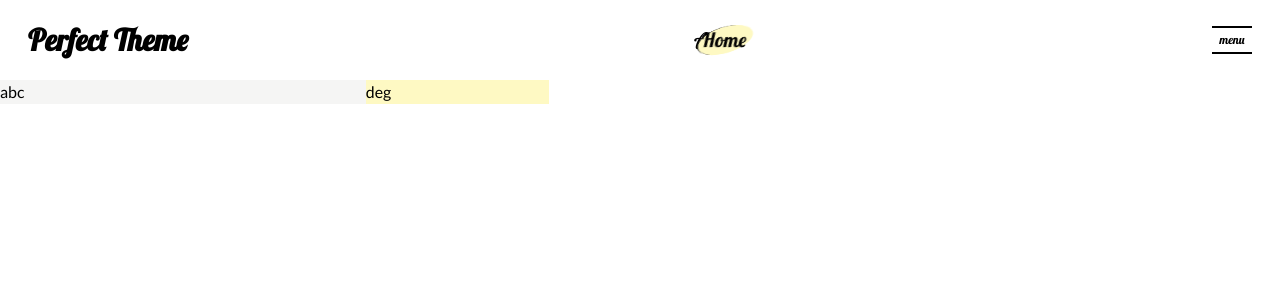
Repository: hsumyatm7308/laravel-blog
Page: blogweb/resources/views/blog/headerlayout.html
An editor plug-in stored every save of this project. The page is shown before and after a run of saves, followed by the edit.
The browser window is 1280 px wide. The pictures show the whole page.
Some web libraries are served in a nearby version.

Above is the page before, as saved 2023-09-06 14:29:06.

### blogweb/resources/views/blog/headerlayout.html
<!DOCTYPE html>
<html>

<head>
    <title>@yield('title')</title>
    <script src="https://cdn.tailwindcss.com"></script>
    <link rel="stylesheet" href="https://cdnjs.cloudflare.com/ajax/libs/font-awesome/6.4.2/css/all.min.css">

</head>
<style>
    /* for nav  */
    @import url('https://fonts.googleapis.com/css2?family=Lobster&display=swap');
    /* for body  */
    @import url('https://fonts.googleapis.com/css2?family=Lato&display=swap');


    body {
        font-family: 'Lato', sans-serif;
    }

    nav {
        font-family: 'Lobster', cursive;
    }


    .container {
        width: 80%;
        height: auto;
        /* background-color: antiquewhite; */

        display: flex;
        justify-content: center;
        align-items: center;

        position: relative;


    }

    .navlabel {
        position: relative;
        /* background-color: aqua; */
    }

    .lictn {
        position: relative;
    }

    .skewtextctn,
    .skewtextctn2 {
        width: 50px;
        height: 30px;
        border-radius: 100%;
        border-left: 1px solid black;

        position: fixed;
        top: 25px;




        transform: skew(-40deg);

    }

    .skewtextctn {
        left: 700px;
    }

    .skewtextctn2 {
        left: 800px;
    }



    .article {
        position: fixed;
        left: 1px;

        top: 1px;
        transform: skew(40deg);

    }

    .skewtextctn:hover,
    .skewtextctn2:hover {
        transition: all .5s;
        background-color: rgb(51 65 85);
    }

    .skewtextctn:hover .article,
    .skewtextctn2:hover .article {
        color: #000;
    }


    /* Define the transition effect */
    #menu-modal {
        display: none;
        transition: opacity .5s ease-in-out;

    }
</style>

<body class="bg-[#ffff]">
    <!-- nav  -->
    <nav class="w-[100vw] flex justify-center items-center">
        <h1 class="text-3xl font-semibold">Perfect Theme</h1>

        <div class="w-[80%] h-20 flex justify-center items-center container">
            <div class="flex justify-between items-center list-none navlabel">
                <li class="p-5 mr-4 lictn">
                    <div class="bg-yellow-100 skewtextctn">
                        <a href="" class="text-xl text-black article">Home</a>
                    </div>
                </li>

                <li class="p-5 mr-4">
                    <div class=" active">
                        <a href="" class="text-xl text-black ">Article</a>
                    </div>
                </li>
            </div>


        </div>

        <div class=" menu cursor-pointer">
            <span class="text-xs flex justify-center items-center flex-col">
                <div class="w-10 h-[2px] bg-black"></div>
                <span class="p-1 hover:self-end hover:text-yellow-500"> menu</span>
                <div class="w-10 h-[2px] bg-black font-semibold"></div>
            </span>
        </div>
    </nav>



    <!-- banner  -->
    <section>
        <div class="w-screen grid grid-cols-7">
            <div class="col-span-2 bg-stone-100">
                abc

            </div>
            <div class="bg-yellow-100">
                deg
            </div>

        </div>
    </section>




    <div id="menu-modal"
        class="menu-modal w-[100%]  h-screen bg-[linear-gradient(rgba(233,233,233,.5),rgba(233,233,233,.5))] absolute left-0 top-0 flex justify-center items-center">
        <div id="blankspace" class="w-[100%] h-[100vh] p-0 ">

        </div>
        <div class="max-w-[500px] h-[100vh] bg-white absolute right-0 top-0  border border-slate-100">

            <div class="w-full h-40 flex justify-center items-center">
                <form action="" method="post" class="relative">
                    <i class="fa-solid fa-magnifying-glass text-stone-500 text-lg absolute left-3 top-[12px]"></i>
                    <input type="search"
                        class=" border-2 px-32 py-3 pl-10 bg-stone-100 font-thin focus:outline-none	focus:border focus:border-emerald-600 focus:ring-1 focus:ring-emerald-400"
                        placeholder="Search...">
                </form>
            </div>
            <hr>


            <div class="mt-4">
                <div class="px-14 py-4 group hover:text-emerald-600">
                    <li class="list-none pb-5 cursor-pointer">
                        <a href="" class="uppercase text-sm font-semibold group-hover:text-emerald-600">Lorem ipsum</a>
                        <p class="text-stone-400 mt-2 group-hover:text-emerald-600">dolor sit amet consectetur elit.</p>
                    </li>
                    <hr>
                </div>


                <div class="px-14 py-4 group hover:text-emerald-600">
                    <li class="list-none pb-5 cursor-pointer">
                        <a href="" class="uppercase text-sm font-semibold group-hover:text-emerald-600">dolor sit</a>
                        <p class="text-stone-400 mt-2 group-hover:text-emerald-600"> amet consectetur dolor sit
                            adipisicing elit.</p>

                    </li>
                    <hr>
                </div>


                <div class="px-14 py-4 group hover:text-emerald-600">
                    <li class="list-none pb-5 cursor-pointer">
                        <a href="" class="uppercase text-sm font-semibold  group-hover:text-emerald-600">dolor sit</a>
                        <p class="text-stone-400 mt-2 group-hover:text-emerald-600"> amet consectetur dolor adipisicing.
                        </p>

                    </li>
                    <hr>
                </div>

                <div class="px-14 py-4 group hover:text-emerald-600">
                    <li class="list-none  pb-3 hover:text-emerald-400 cursor-pointer">
                        <a href="" class="uppercase text-sm font-semibold group-hover:text-emerald-600">amet consectetur
                        </a>
                        <p class="text-stone-400 mt-2 group-hover:text-emerald-600"> consectetur sit adipisicing elit.
                        </p>

                    </li>

                </div>
                <hr class="mb-10">

                <div class=" px-14">
                    <div
                        class="px-4 py-4 border-2 flex justify-center items-center mt-5 hover:border-emerald-600 hover:text-emerald-500 ease-in duration-300 ">
                        <button class="uppercase text-sm">Log in</button>
                    </div>


                </div>
            </div>

        </div>

    </div>


    <script>
        const menumodal = document.getElementById("menu-modal");
        const menu = document.querySelector('.menu');

        menu.addEventListener('click', function () {
            menumodal.style.opacity = "1";
            setTimeout(() => {
                menumodal.style.display = "block";
            }, 200);
        });

        const blankspace = document.getElementById('blankspace');
        blankspace.addEventListener('click', () => {
            menumodal.style.opacity = "0";
            setTimeout(() => {
                menumodal.style.display = "none";
            }, 500);
        });


    </script>
</body>

</html>

<!-- 5PE  -->

After the next 2 saves:
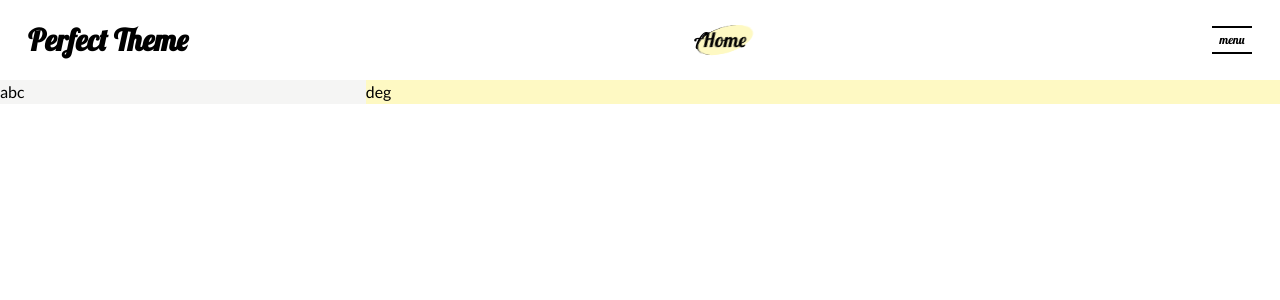
The 2 saves are shown as one change because they came seconds apart.
The last was saved 11 s later.
--- a/blogweb/resources/views/blog/headerlayout.html
+++ b/blogweb/resources/views/blog/headerlayout.html
@@ -143,7 +143,7 @@
                 abc
 
             </div>
-            <div class="bg-yellow-100">
+            <div class="col-span-5 bg-yellow-100">
                 deg
             </div>
 
